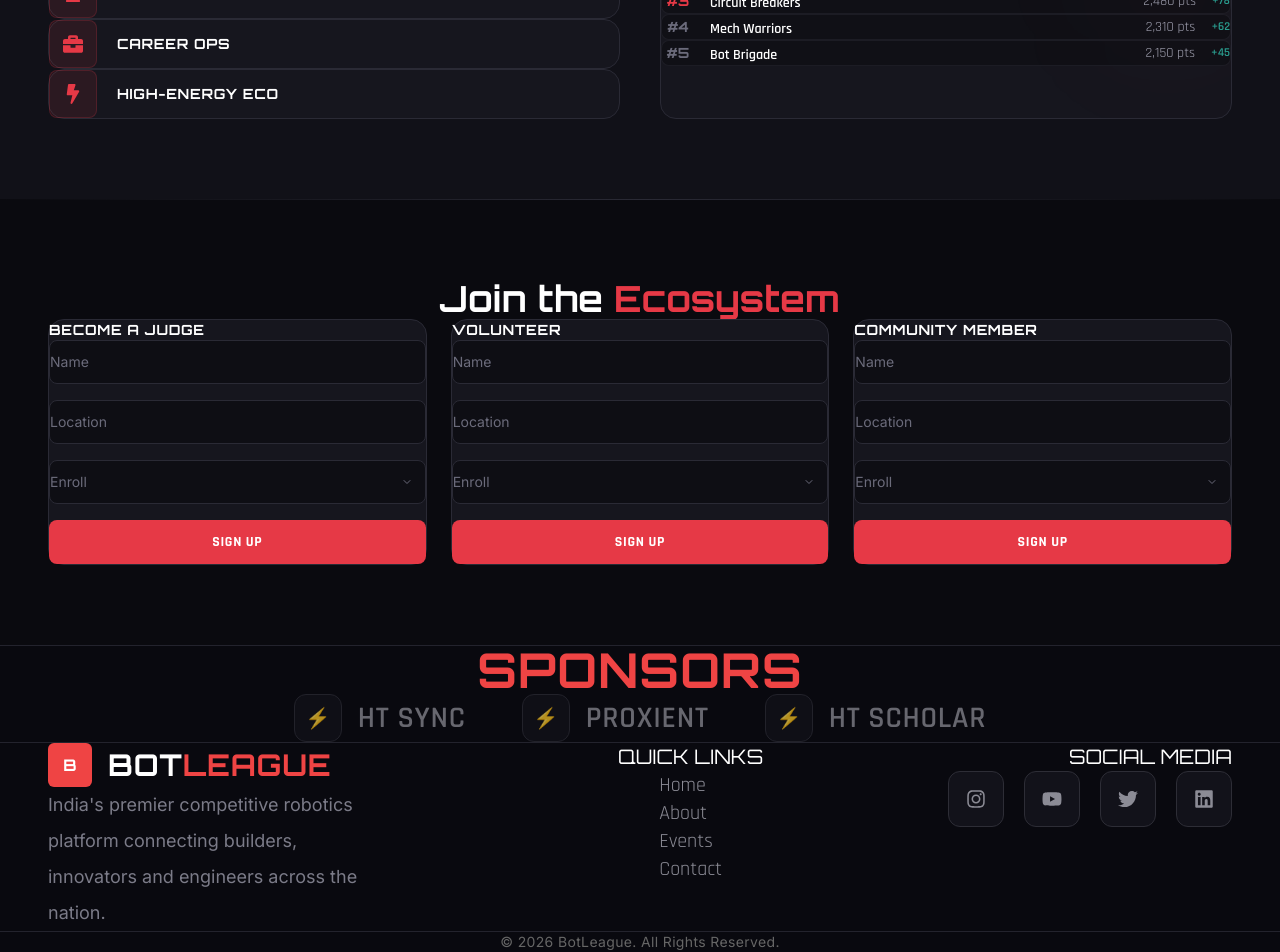
Repository: Debkumar04/botmakers-ai-shopping-assistant
Page: /
The author's editor kept a copy of each file at every save. The page is drawn from the files as they stood at one save, then again after the next save.
The browser window is 1280 px wide. The pictures show the part of the page from y = 3030 to 3982 px (the page is 3982 px tall before and 3974 px after).
The project was rebuilt for these pictures with package versions that can differ from the ones it lists, and the page was loaded fresh each time. Also part of the build but not shown: vite.config.ts.

Above is the page before, as saved 2026-07-24 09:32:29.

### index.html
<!doctype html>
<html lang="en">
  <head>
    <meta charset="UTF-8" />
    <link rel="icon" type="image/svg+xml" href="/vite.svg" />
    <meta name="viewport" content="width=device-width, initial-scale=1.0" />
    <meta name="description" content="BotLeague - India's Ultimate Robotics Arena. Build, Compete, and Rise in the world of competitive robotics." />
    <title>BotLeague - India's Ultimate Robotics Arena</title>
    <link rel="preconnect" href="https://fonts.googleapis.com" />
    <link rel="preconnect" href="https://fonts.gstatic.com" crossorigin />
    <link href="https://fonts.googleapis.com/css2?family=Orbitron:wght@400;500;600;700;800;900&family=Rajdhani:wght@300;400;500;600;700&family=Inter:wght@300;400;500;600;700&display=swap" rel="stylesheet" />
  </head>
  <body>
    <div id="root"></div>
    <script type="module" src="/src/main.tsx"></script>
  </body>
</html>

### src/index.css
@import "tailwindcss";

@theme {
  --font-orbitron: "Orbitron", sans-serif;
  --font-rajdhani: "Rajdhani", sans-serif;
  --font-inter: "Inter", sans-serif;
  --color-bg-primary: #0a0a0f;
  --color-bg-secondary: #111118;
  --color-bg-card: #16161e;
  --color-bg-card-hover: #1e1e28;
  --color-accent: #e63946;
  --color-accent-dark: #b71c2a;
  --color-accent-glow: rgba(230, 57, 70, 0.3);
  --color-text-primary: #ffffff;
  --color-text-secondary: #a0a0b0;
  --color-text-muted: #6b6b7b;
  --color-border: #2a2a35;
  --color-border-accent: #e63946;
}

* {
  margin: 0;
  padding: 0;
  box-sizing: border-box;
}

body {
  font-family: "Inter", sans-serif;
  background-color: #0a0a0f;
  color: #ffffff;
  overflow-x: hidden;
}

::-webkit-scrollbar {
  width: 6px;
}

::-webkit-scrollbar-track {
  background: #0a0a0f;
}

::-webkit-scrollbar-thumb {
  background: #e63946;
  border-radius: 3px;
}

::selection {
  background: rgba(230, 57, 70, 0.4);
  color: #ffffff;
}

.page-container {
  max-width: 1280px;
  margin-left: auto;
  margin-right: auto;
  padding-left: 20px;
  padding-right: 20px;
}

@media (min-width: 768px) {
  .page-container {
    padding-left: 32px;
    padding-right: 32px;
  }
}

@media (min-width: 1024px) {
  .page-container {
    padding-left: 48px;
    padding-right: 48px;
  }
}

.section-py {
  padding-top: 48px;
  padding-bottom: 48px;
}

@media (min-width: 768px) {
  .section-py {
    padding-top: 64px;
    padding-bottom: 64px;
  }
}

@media (min-width: 1024px) {
  .section-py {
    padding-top: 80px;
    padding-bottom: 80px;
  }
}

.btn-primary {
  height: 44px;
  padding-left: 24px;
  padding-right: 24px;
  border-radius: 10px;
  transition: all 300ms cubic-bezier(0.4, 0, 0.2, 1);
}

.btn-primary:hover {
  transform: translateY(-2px);
}

.btn-secondary {
  height: 44px;
  padding-left: 24px;
  padding-right: 24px;
  border-radius: 10px;
  transition: all 300ms cubic-bezier(0.4, 0, 0.2, 1);
}

.btn-secondary:hover {
  transform: translateY(-2px);
}

.card-base {
  border-radius: 16px;
  border-color: #2a2a35;
  transition: all 300ms cubic-bezier(0.4, 0, 0.2, 1);
}

.page-container {
    max-width: 1280px;
    margin-inline: auto;
    padding-inline: 48px;
}

@media (max-width: 1024px) {
  .page-container {
    padding-inline: 32px;
  }
}

@media (max-width: 768px) {
  .page-container {
    padding-inline: 20px;
  }
}

### src/App.tsx
import Navbar from "./components/layout/Navbar";
import Footer from "./components/layout/Footer";
import Hero from "./components/sections/Hero";
import Competitions from "./components/sections/Competitions";
import PathToLeague from "./components/sections/PathToLeague";
import WhatIsBotLeague from "./components/sections/WhatIsBotLeague";
import Categories from "./components/sections/Categories";
import Disciplines from "./components/sections/Disciplines";
import WhyRegister from "./components/sections/WhyRegister";
import JoinEcosystem from "./components/sections/JoinEcosystem";

export default function App() {
  return (
    <div className="min-h-screen bg-[#0a0a0f]">
      <Navbar />
      <main>
        <Hero />
        <Competitions />
        <PathToLeague />
        <WhatIsBotLeague />
        <Categories />
        <Disciplines />
        <WhyRegister />
        <JoinEcosystem />
      </main>
      <Footer />
    </div>
  );
}

### src/components/layout/Footer.tsx
import { FOOTER_LINKS, SPONSORS } from "../../constants/data";
import { FaInstagram, FaYoutube, FaTwitter, FaLinkedin } from "react-icons/fa";

const socialIcons: Record<string, React.ReactNode> = {
  Instagram: <FaInstagram />,
  YouTube: <FaYoutube />,
  Twitter: <FaTwitter />,
  LinkedIn: <FaLinkedin />,
};

export default function Footer() {
  return (
    <footer className="bg-[#09090F] border-t border-[#23232d]">
      {/* Sponsors */}
      <div className="page-container pt-20">
        <h2 className="font-[Orbitron] text-center text-5xl font-bold uppercase tracking-wide">
          <span className="text-[#ef4444]">Sponsors</span>
        </h2>

        <div className="mt-10 flex flex-wrap justify-center items-center gap-14">
          {SPONSORS.map((sponsor) => (
            <div
              key={sponsor.name}
              className="flex items-center gap-4 opacity-70 hover:opacity-100 transition duration-300"
            >
              <div className="w-12 h-12 rounded-xl border border-[#2d2d36] bg-[#12121a] flex items-center justify-center">
                <span className="text-[#ef4444] text-xl">⚡</span>
              </div>

              <span className="font-[Rajdhani] text-3xl font-semibold text-[#8f8f98] uppercase tracking-wide">
                {sponsor.logo}
              </span>
            </div>
          ))}
        </div>
      </div>

      {/* Divider */}

      <div className="mt-16 border-t border-[#23232d]" />

      {/* Footer */}

      <div className="page-container py-16">
        <div className="grid grid-cols-1 lg:grid-cols-12 gap-8 items-start">
          {/* Left */}

          <div className="lg:col-span-5">
            <div className="flex items-center gap-4 mb-8">
              <div className="w-11 h-11 rounded-md bg-[#ef4444] flex items-center justify-center">
                <span className="font-[Orbitron] text-white font-bold">B</span>
              </div>

              <h2 className="font-[Orbitron] text-3xl font-bold tracking-wide">
                <span className="text-white">BOT</span>
                <span className="text-[#ef4444]">LEAGUE</span>
              </h2>
            </div>

            <p className="max-w-[320px] text-[#7b7b88] text-lg leading-9">
              India's premier competitive robotics platform connecting builders,
              innovators and engineers across the nation.
            </p>
          </div>

          {/* Center */}

          <div className="lg:col-span-3 flex flex-col items-center">
            <h3 className="font-[Orbitron] text-white uppercase text-xl mb-8">
              Quick Links
            </h3>

            <ul className="space-y-5">
              {FOOTER_LINKS.quickLinks.map((item) => (
                <li key={item.label}>
                  <a
                    href={item.href}
                    className="text-[#8b8b95] text-xl font-[Rajdhani] hover:text-[#ef4444] transition"
                  >
                    {item.label}
                  </a>
                </li>
              ))}
            </ul>
          </div>

          {/* Right */}

          <div className="lg:col-span-4 flex flex-col items-end">
            <h3 className="font-[Orbitron] text-white uppercase text-xl mb-8">
              Social Media
            </h3>

            <div className="flex gap-5">
              {FOOTER_LINKS.socialMedia.map((item) => (
                <a
                  key={item.label}
                  href={item.href}
                  className="w-14 h-14 rounded-xl border border-[#2d2d36] bg-[#12121a] flex items-center justify-center text-[#8b8b95] text-xl hover:border-[#ef4444] hover:text-[#ef4444] transition-all duration-300"
                >
                  {socialIcons[item.label]}
                </a>
              ))}
            </div>
          </div>
        </div>
      </div>

      {/* Copyright */}

      <div className="border-t border-[#23232d]">
        <div className="page-container py-6 text-center">
          <p className="text-[#666] text-sm tracking-wide">
            © 2026 BotLeague. All Rights Reserved.
          </p>
        </div>
      </div>
    </footer>
  );
}

### src/components/sections/Hero.tsx
export default function Hero() {
  return (
    <section className="relative min-h-screen flex items-center overflow-hidden">
      <div className="absolute inset-0 z-0">
        <img
          src="https://images.unsplash.com/photo-1485827404703-89b55fcc595e?w=1920&h=1080&fit=crop"
          alt="Robotics Arena"
          className="w-full h-full object-cover opacity-30"
        />
        <div className="absolute inset-0 bg-gradient-to-r from-[#0a0a0f] via-[#0a0a0f]/80 to-transparent" />
        <div className="absolute inset-0 bg-gradient-to-t from-[#0a0a0f] via-transparent to-[#0a0a0f]/60" />
        <div className="absolute top-0 right-0 w-1/2 h-full bg-gradient-to-l from-[#e63946]/10 to-transparent" />
        <div className="absolute bottom-0 left-1/4 w-96 h-96 bg-[#e63946]/5 rounded-full blur-[120px]" />
      </div>

      <div className="relative z-10 page-container py-12 flex flex-col justify-center min-h-[calc(100vh-80px)]">
        <div className="max-w-[600px] mx-auto text-center flex flex-col items-center">
          <div className="inline-flex items-center gap-2 px-4 py-1.5 bg-[#e63946]/10 border border-[#e63946]/30 rounded-full mb-[20px]">
            <span className="w-2 h-2 bg-[#e63946] rounded-full animate-pulse" />
            <span className="font-[Rajdhani] text-[#e63946] text-xs font-semibold uppercase tracking-widest">
              Season 2026 Live
            </span>
          </div>

          <h1 className="font-[Orbitron] text-4xl sm:text-5xl md:text-6xl lg:text-7xl font-black text-white leading-[1.1] mb-[24px]">
            INDIA&apos;S ULTIMATE{" "}
            <span className="text-[#e63946]">ROBOTICS</span>{" "}
            <span className="block">ARENA</span>
          </h1>

          <p className="font-[Rajdhani] text-lg md:text-xl text-[#a0a0b0] font-medium mb-[36px] leading-relaxed">
            Build. Compete. Rise. The Nation&apos;s
            <br />
            Premier Robotics Platform for Builders.
          </p>

          <div className="flex flex-wrap gap-[16px] justify-center items-center">
            <a
              href="#events"
              className="group relative inline-flex items-center justify-center gap-2 px-[24px] h-[44px] bg-[#e63946] font-[Rajdhani] text-white text-base font-bold uppercase tracking-wider rounded-[10px] overflow-hidden transition-all duration-300 hover:bg-[#b71c2a] hover:-translate-y-[2px] hover:shadow-[0_0_30px_rgba(230,57,70,0.4)]"
            >
              <span className="relative z-10">Join Now</span>
              <span className="relative z-10 group-hover:translate-x-1 transition-transform">→</span>
            </a>
            <a
              href="#about"
              className="inline-flex items-center justify-center gap-2 px-[24px] h-[44px] border border-[#2a2a35] font-[Rajdhani] text-white text-base font-bold uppercase tracking-wider rounded-[10px] hover:border-[#e63946]/50 hover:bg-[#e63946]/5 hover:-translate-y-[2px] transition-all duration-300"
            >
              Explore
            </a>
          </div>
        </div>
      </div>

      <div className="absolute bottom-0 left-0 w-full h-px bg-gradient-to-r from-transparent via-[#e63946]/50 to-transparent" />
    </section>
  );
}

### src/components/sections/PathToLeague.tsx
import { PATH_STEPS } from "../../constants/data";
import SectionHeading from "../ui/SectionHeading";
import { FaWrench, FaTrophy, FaStar, FaChartLine, FaCrown } from "react-icons/fa";

const iconMap: Record<string, React.ReactNode> = {
  wrench: <FaWrench />,
  trophy: <FaTrophy />,
  star: <FaStar />,
  "trending-up": <FaChartLine />,
  crown: <FaCrown />,
};

export default function PathToLeague() {
  return (
    <section className="section-py bg-[#111118] relative">
      <div className="absolute top-0 left-0 w-full h-px bg-gradient-to-r from-transparent via-[#2a2a35] to-transparent" />

      <div className="page-container">
        <SectionHeading tag="Getting Started" title="Your Path to" highlight="the League" />

        {/* Timeline — max-width 1200px, centered */}
        <div className="mt-10 mx-auto relative" style={{ maxWidth: "1200px" }}>

          {/* Horizontal connector line — runs center-to-center of first and last circle.
              Each of 5 equal cols is 20% wide; circle center sits at 10% and 90%. */}
          <div
            className="hidden lg:block absolute h-px bg-gradient-to-r from-[#e63946]/20 via-[#e63946]/40 to-[#e63946]/20"
            style={{ top: "40px", left: "10%", right: "10%" }}
          />

          {/* Five steps — equal columns, no extra gap on desktop */}
          <div className="grid grid-cols-2 sm:grid-cols-3 lg:grid-cols-5 gap-6 lg:gap-0">
            {PATH_STEPS.map((step, index) => (
              <div
                key={step.title}
                className="flex flex-col items-center text-center group"
              >
                {/* Circle — 80px, badge 24px */}
                <div className="relative shrink-0">
                  <div className="w-[80px] h-[80px] rounded-full bg-[#16161e] border-2 border-[#2a2a35] flex items-center justify-center text-2xl text-[#e63946] group-hover:border-[#e63946] group-hover:shadow-[0_0_20px_rgba(230,57,70,0.3)] transition-all duration-300">
                    {iconMap[step.icon]}
                  </div>
                  <span className="absolute -top-1.5 -right-1.5 w-[24px] h-[24px] bg-[#e63946] rounded-full flex items-center justify-center text-white text-xs font-[Rajdhani] font-bold">
                    {index + 1}
                  </span>
                </div>

                {/* Heading — 16px below circle */}
                <h3 className="font-[Orbitron] text-xs font-bold text-white uppercase tracking-wider mt-[16px]">
                  {step.title}
                </h3>

                {/* Description — 8px below heading */}
                <p className="font-[Inter] text-[#6b6b7b] text-xs leading-relaxed mt-[8px]">
                  {step.description}
                </p>
              </div>
            ))}
          </div>
        </div>
      </div>
    </section>
  );
}

### src/components/sections/WhatIsBotLeague.tsx
import { FEATURES } from "../../constants/data";
import SectionHeading from "../ui/SectionHeading";

export default function WhatIsBotLeague() {
  return (
    <section id="about" className="section-py bg-[#0a0a0f] relative">
      <div className="absolute top-0 left-0 w-full h-px bg-gradient-to-r from-transparent via-[#2a2a35] to-transparent" />

      <div className="page-container">
        <SectionHeading title="What is" highlight="BotLeague?" />

        {/* gap-[24px], equal-height rows via items-stretch */}
        <div className="grid grid-cols-1 sm:grid-cols-2 gap-[24px] mt-12">
          {FEATURES.map((feature) => (
            <div
              key={feature.title}
              className="group flex items-start gap-4 p-[20px] bg-[#16161e] border border-[#2a2a35] rounded-[16px] hover:border-[#e63946]/30 transition-all duration-300 h-full"
            >
              {/* Number box — shrink-0 keeps it from squishing, no vertical stretch */}
              <div className="shrink-0 w-10 h-10 bg-[#e63946]/10 border border-[#e63946]/20 rounded-lg flex items-center justify-center">
                <span className="font-[Orbitron] text-[#e63946] text-base font-bold">
                  {feature.number}
                </span>
              </div>

              {/* Text block — heading top-aligns with the number box */}
              <div className="min-w-0">
                <h3 className="font-[Orbitron] text-sm font-bold text-white uppercase tracking-wider">
                  {feature.title}
                </h3>
                <p className="font-[Inter] text-[#6b6b7b] text-sm leading-relaxed mt-2 max-w-[90%]">
                  {feature.description}
                </p>
              </div>
            </div>
          ))}
        </div>
      </div>
    </section>
  );
}

### src/components/sections/Categories.tsx
import { CATEGORIES } from "../../constants/data";
import SectionHeading from "../ui/SectionHeading";

export default function Categories() {
  return (
    <section id="categories" className="section-py bg-[#111118] relative">
      <div className="absolute top-0 left-0 w-full h-px bg-gradient-to-r from-transparent via-[#2a2a35] to-transparent" />

      <div className="page-container">
        <SectionHeading title="CATEGORIES" />

        <div className="grid grid-cols-2 lg:grid-cols-4 gap-[24px] mt-12">
          {CATEGORIES.map((category) => (
            <div
              key={category.title}
              className="group relative p-[24px] bg-[#16161e] border border-[#2a2a35] rounded-[16px] flex flex-col items-center text-center hover:border-opacity-60 transition-all duration-300 overflow-hidden h-full"
              style={{
                ["--cat-color" as string]: category.color,
              }}
            >
              <div
                className="absolute inset-0 opacity-0 group-hover:opacity-100 transition-opacity duration-500"
                style={{
                  background: `radial-gradient(circle at center, ${category.color}08 0%, transparent 70%)`,
                }}
              />
              <div className="relative z-10 flex flex-col items-center w-full">
                <div
                  className="w-16 h-16 shrink-0 rounded-2xl flex items-center justify-center text-3xl border"
                  style={{
                    backgroundColor: `${category.color}15`,
                    borderColor: `${category.color}30`,
                  }}
                >
                  {category.icon}
                </div>
                <h3 className="font-[Orbitron] text-sm font-bold text-white uppercase tracking-wider mt-[20px]">
                  {category.title}
                </h3>
                <p className="font-[Rajdhani] text-[#6b6b7b] text-sm font-medium mt-[10px]">
                  {category.age}
                </p>
              </div>
            </div>
          ))}
        </div>
      </div>
    </section>
  );
}

### src/components/sections/Disciplines.tsx
import { DISCIPLINES } from "../../constants/data";
import SectionHeading from "../ui/SectionHeading";

export default function Disciplines() {
  return (
    <section id="disciplines" className="section-py bg-[#0a0a0f] relative">
      <div className="absolute top-0 left-0 w-full h-px bg-gradient-to-r from-transparent via-[#2a2a35] to-transparent" />

      <div className="page-container">
        <SectionHeading tag="Events" title="Competition" highlight="Disciplines" />

        <div className="grid grid-cols-2 sm:grid-cols-3 lg:grid-cols-5 gap-[24px] mt-12">
          {DISCIPLINES.map((discipline) => (
            <div
              key={discipline.title}
              className="group relative rounded-[16px] overflow-hidden aspect-[16/10] sm:aspect-[4/5] cursor-pointer card-base border border-[#2a2a35] h-full"
            >
              <img
                src={discipline.image}
                alt={discipline.title}
                className="w-full h-full object-cover group-hover:scale-110 transition-transform duration-500"
              />
              <div className="absolute inset-0 bg-gradient-to-t from-[#0a0a0f] via-[#0a0a0f]/40 to-transparent" />
              <div className="absolute inset-0 bg-[#e63946]/0 group-hover:bg-[#e63946]/10 transition-colors duration-300" />
              <div className="absolute bottom-0 left-0 right-0 p-[16px]">
                <h3 className="font-[Orbitron] text-xs sm:text-sm font-bold text-white uppercase tracking-wider">
                  {discipline.title}
                </h3>
              </div>
              <div className="absolute top-3 right-3 w-8 h-8 bg-[#e63946]/80 rounded-full flex items-center justify-center opacity-0 group-hover:opacity-100 transition-opacity duration-300">
                <span className="text-white text-xs">→</span>
              </div>
            </div>
          ))}
        </div>
      </div>
    </section>
  );
}

### src/components/ui/SectionHeading.tsx
interface SectionHeadingProps {
  tag?: string;
  title: string;
  highlight?: string;
  centered?: boolean;
}

export default function SectionHeading({
  tag,
  title,
  highlight,
  centered = true,
}: SectionHeadingProps) {
  return (
    <div className={centered ? "text-center" : ""}>
      {tag && (
        <span className="inline-block font-[Rajdhani] text-[#e63946] text-xs font-semibold uppercase tracking-[0.3em] mb-2">
          {tag}
        </span>
      )}
      <h2 className="font-[Orbitron] text-2xl md:text-3xl lg:text-4xl font-bold text-white">
        {title}{" "}
        {highlight && <span className="text-[#e63946]">{highlight}</span>}
      </h2>
    </div>
  );
}

Loaded but not shown: src/main.tsx (common file); src/constants/data.ts (189 lines, source omitted); src/components/layout/Navbar.tsx (115 lines, source omitted); src/components/sections/WhyRegister.tsx (91 lines, source omitted); src/components/sections/Competitions.tsx (95 lines, source omitted); src/components/sections/JoinEcosystem.tsx (75 lines, source omitted)

After the next save:
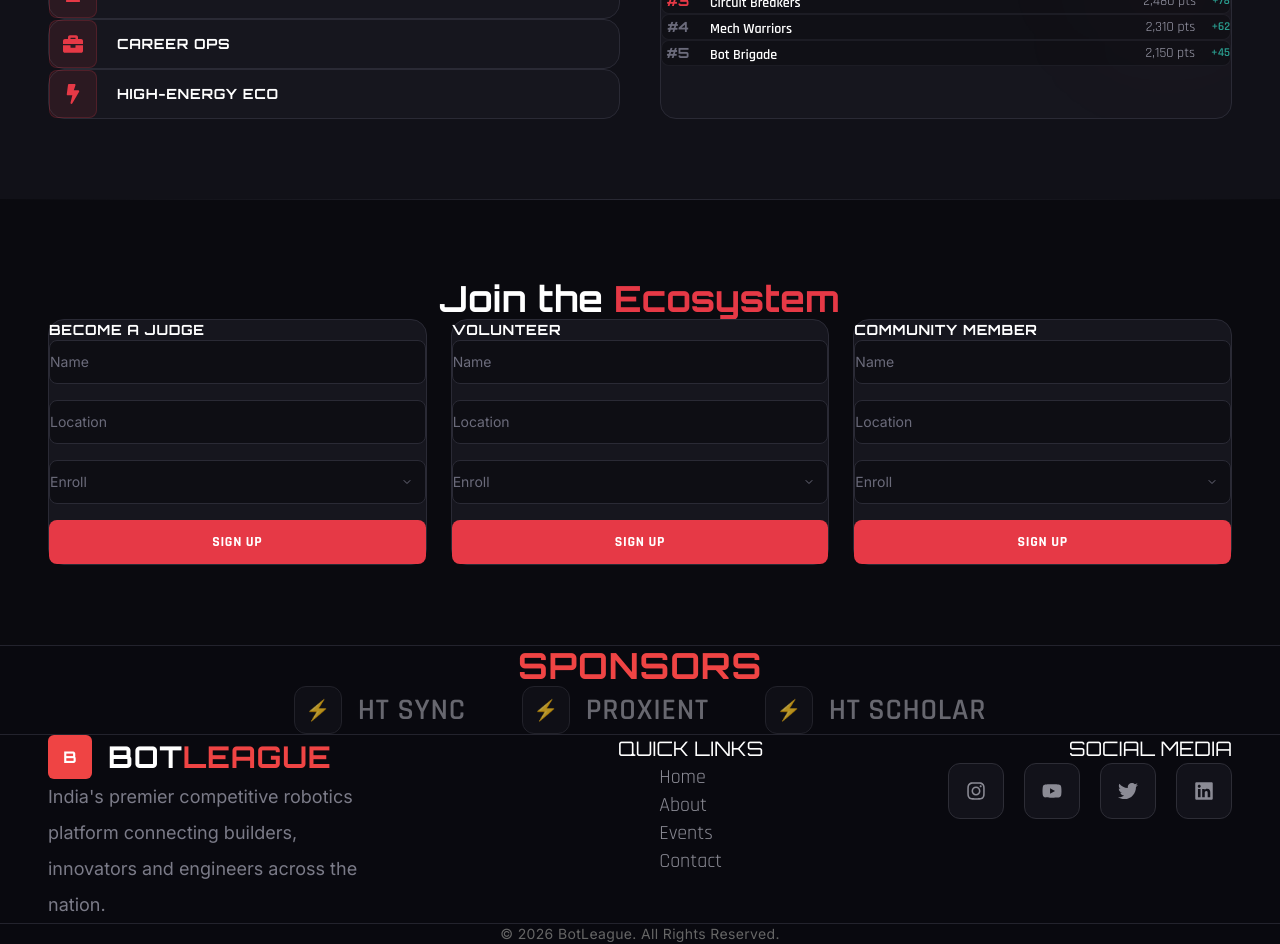
Saved 3 min 42 s later.
--- a/src/components/layout/Footer.tsx
+++ b/src/components/layout/Footer.tsx
@@ -13,7 +13,7 @@ export default function Footer() {
     <footer className="bg-[#09090F] border-t border-[#23232d]">
       {/* Sponsors */}
       <div className="page-container pt-20">
-        <h2 className="font-[Orbitron] text-center text-5xl font-bold uppercase tracking-wide">
+        <h2 className="font-[Orbitron] text-center text-4xl font-bold uppercase tracking-wide">
           <span className="text-[#ef4444]">Sponsors</span>
         </h2>
 
